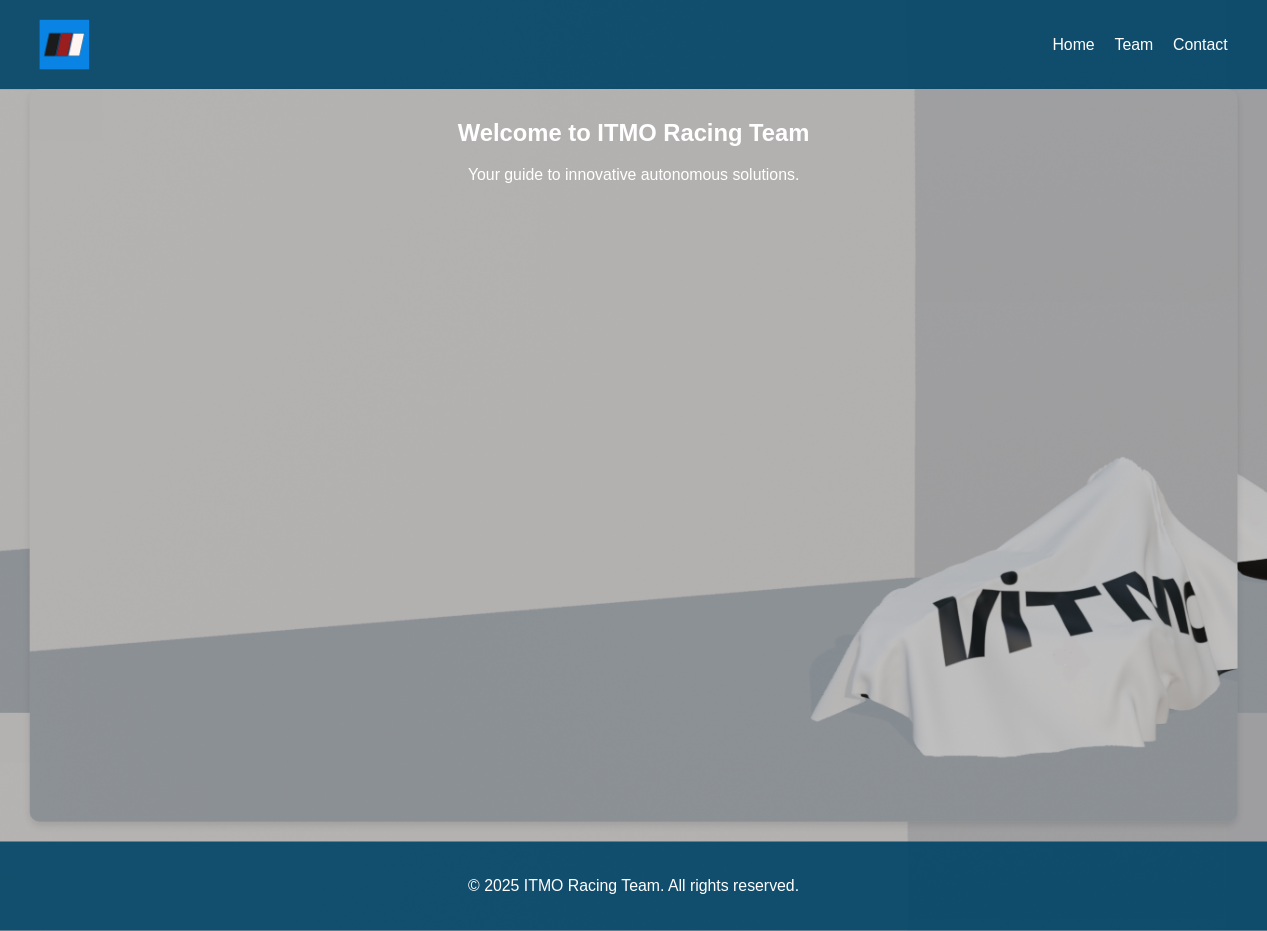
Repository: fs-itmo/fs-itmo.github.io
Page: index.html
An editor plug-in stored every save of this project. The page is shown before and after the next save, followed by the edit.
The browser window is 1280 px wide. The pictures show the whole page, at 99% of full size.
Backgrounds fixed to the window are drawn as part of the page.

Above is the page before, as saved 2024-12-30 15:10:12.

### index.html
<!DOCTYPE html>
<html lang="en">
<head>
    <meta charset="UTF-8">
    <meta name="viewport" content="width=device-width, initial-scale=1.0">
    <title>Autonomous Systems</title>
    <link rel="stylesheet" href="css/style.css">
</head>
<body>
    <header>
        <div class="container">
            <img src="assets/images/logo.png" alt="Logo" class="logo">
            <nav>
                <ul>
                    <li><a href="#home">Home</a></li>
                    <!-- <li><a href="#about">About</a></li> -->
                    <li><a href="team.html">Team</a></li>
                    <!-- <li><a href="#projects">Projects</a></li> -->
                    <li><a href="#contact">Contact</a></li>
                </ul>
            </nav>
        </div>
    </header>

    <section id="home">
        <h1>Welcome to ITMO Racing Team</h1>
        <p>Your guide to innovative autonomous solutions.</p>
    </section>

    <!-- <section id="about">
        <h2>About Us</h2>
        <p>We are dedicated to exploring and advancing autonomous systems for diverse applications.</p>
    </section> -->

    <!-- <section id="projects">
        <h2>Projects</h2>
        <ul>
            <li>Autonomous Racing System</li>
            <li>Swarm Robotics</li>
            <li>AI-Driven Drones</li>
        </ul>
    </section> -->

    <!-- <section id="contact">
        <h2>Contact Us</h2>
        <p>Email: <a href="mailto:contact@autonomous-systems.com">contact@autonomous-systems.com</a></p>
    </section> -->

    <footer>
        <p>&copy; 2025 ITMO Racing Team. All rights reserved.</p>
    </footer>
</body>
</html>

### css/style.css
html, body {
    height: 100%;
    margin: 0;
    padding: 0;
}

body {
    font-family: Arial, sans-serif;
    margin: 0;
    padding: 0;
    color: #333;
    background: url('assets/images/title.png') no-repeat center center fixed;
    background-size: cover;
}

header {
    background-color: rgba(0, 68, 102, 0.9);
    padding: 20px 0;
}

header .container {
    display: flex;
    justify-content: space-between;
    align-items: center;
    max-width: 1200px;
    margin: 0 auto;
    padding: 0 20px;
}

header .logo {
    max-height: 50px;
}

header nav ul {
    list-style: none;
    display: flex;
    margin: 0;
    padding: 0;
}

header nav ul li {
    margin-left: 20px;
}

header nav ul li a {
    text-decoration: none;
    color: white;
    font-size: 16px;
}

section {
    padding: 40px 20px;
    max-width: 1200px;
    margin: 0 auto;
    background: rgba(255, 255, 255, 0.8);
    border-radius: 10px;
    box-shadow: 0 4px 8px rgba(0, 0, 0, 0.1);
}

/* section#home {
    background: rgba(244, 244, 244, 0.9);
    text-align: center;
    padding: 60px 20px;
    border-radius: 10px;
} */

section#home {
    background: url("../assets/images/title.png") no-repeat center center/cover;
    color: white;
    text-align: center;
    padding: 10px 10px;
    min-height: 100vh;
    width: 100vw;
}


footer {
    background-color: rgba(0, 68, 102, 0.9);
    color: white;
    text-align: center;
    padding: 20px 0;
    margin-top: 20px;
}

.team-section {
    display: flex;
    flex-direction: column;
    gap: 40px;
}
.team-department {
    margin-bottom: 40px;
}
.team-department h2 {
    color: #2c3e50;
    margin-bottom: 10px;
}


/* Team members layout */
.team-member {
    display: inline-block;
    width: 20%;
    text-align: center;
    margin: 10px;
}

.team-member img {
    width: 100px;
    height: 100px;
    border-radius: 50%;
    object-fit: cover;
}


/* автопилот
Новичков Дмитрий
Козак Борис
конструкторы
Попов Глеб
Кочнева Екатерина
Лоу Цзячэн
Шалаев Максим
Сидоренко Александр (пилот)
электротехника
Петриков Фёдор
Савченко Андрей
Ву Куньлунь
Тарасов Степан */

After the next save:
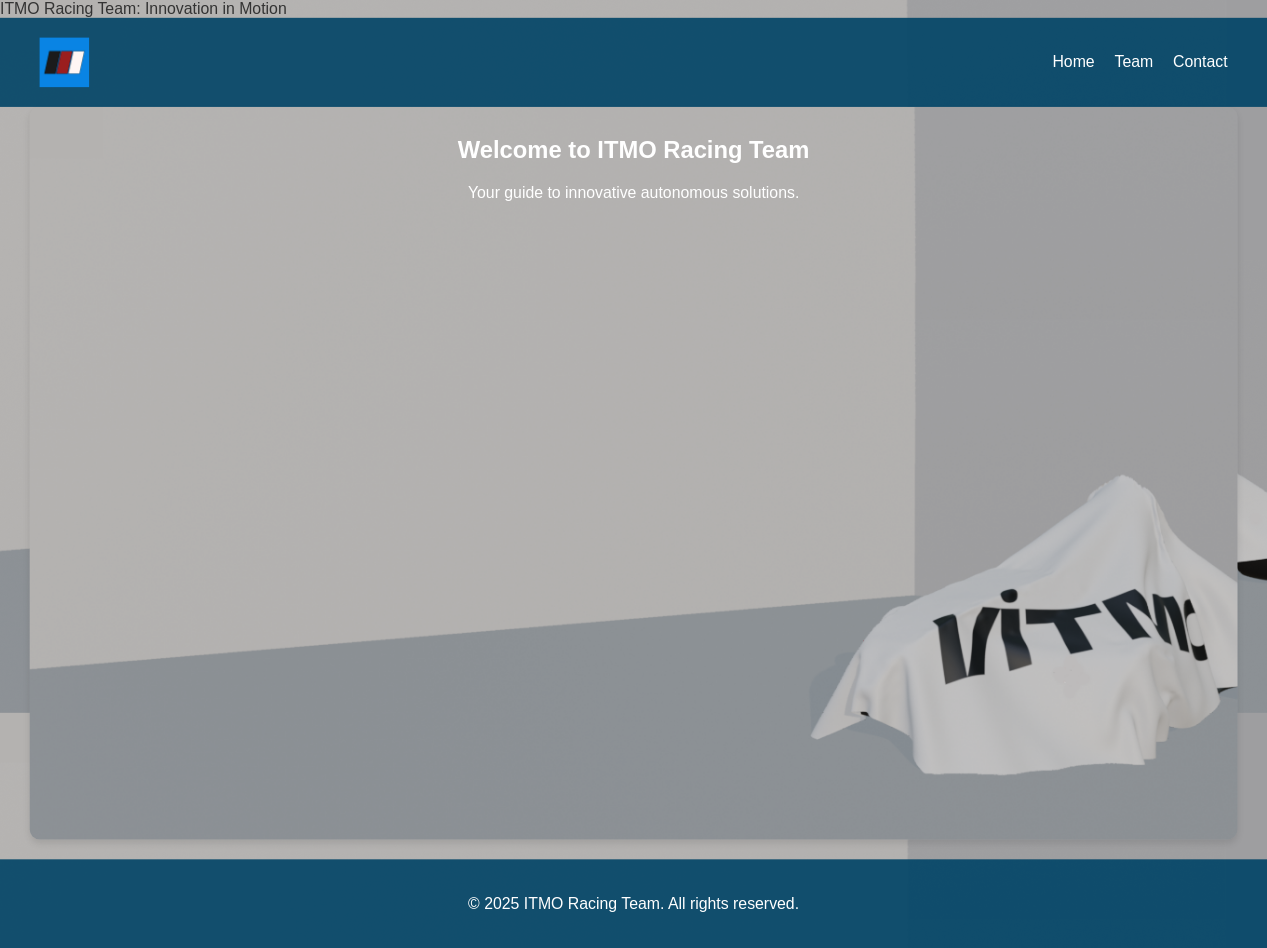
Saved 7 min 15 s later.
--- a/index.html
+++ b/index.html
@@ -7,6 +7,9 @@
     <link rel="stylesheet" href="css/style.css">
 </head>
 <body>
+    <div class="top-caption">
+        ITMO Racing Team: Innovation in Motion
+    </div>
     <header>
         <div class="container">
             <img src="assets/images/logo.png" alt="Logo" class="logo">
